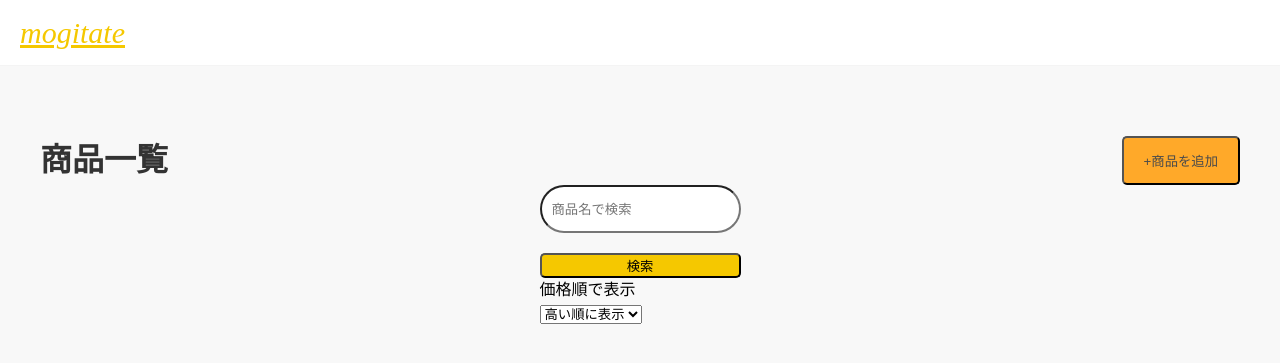
Repository: SuzukiFuminori/test-fruit
Page: http://localhost/products
An editor plug-in stored every save of this project. The page is shown before and after a run of saves, followed by the edit.
The browser window is 1280 px wide. The pictures show the whole page.
The page is served by the project's Laravel application, run on PHP 8.4 with Laravel 8. Other server files are loaded and not shown. Queries for data that is not in the repository find no rows.

Above is the page before, as saved 2024-12-30 06:12:50.

### src/routes/web.php
<?php

use Illuminate\Support\Facades\Route;
use App\Http\Controllers\ProductController;

/*
|--------------------------------------------------------------------------
| Web Routes
|--------------------------------------------------------------------------
|
| Here is where you can register web routes for your application. These
| routes are loaded by the RouteServiceProvider within a group which
| contains the "web" middleware group. Now create something great!
|
*/

Route::get('/products', [ProductController::class, 'index']);
Route::get('/products/register', [ProductController::class, 'add']);

### src/app/Http/Controllers/ProductController.php
<?php

namespace App\Http\Controllers;
use App\Models\Product;
use Illuminate\Http\Request;

class ProductController extends Controller
{
    // 商品一覧ページの表示
    public function index()
    {
        $products = Product::all();
        return view('index', ['products' => $products]);
    }

    // 商品登録ページの表示
    public function add()
    {
        return view('add');
    }
}

### src/resources/views/index.blade.php
@extends('layouts.default')

@section('title', '商品一覧')

@section('css')
<link rel="stylesheet" href="{{ asset('css/index.css') }}">
@endsection

@section('content')
  <div class="content">
    <div class="content__inner">
      <div class="content-heading">
        <div class="content-heading__title">
          @yield('title')
        </div>
        <div class="content-heading__button">
          <button class="content-heading__button-submit" type="submit">+商品を追加</button>
        </div>
      </div>
      <div class="content-container">
        <div class="search-wrapper">
          <div class="search__input">
            <input class="search__input--text" type="search" name="name" placeholder="商品名で検索">
          </div>
          <div class="search__button">
            <button class="search__button-submit" >検索</button>
          </div>
          <div class="sort">
            <div class="sort__content">価格順で表示</div>
            <div class="sort__select">
              <select name="select" placeholder="価格で並べ替え">
                <option value="">高い順に表示</option>
                <option value="">低い順に表示</option>
              </select>
            </div>
          </div>
        </div>
      </div>
    </div>
  </div>
@endsection

### src/resources/views/layouts/default.blade.php
<!DOCTYPE html>
<html lang="ja">

<head>
  <meta charset="UTF-8">
  <meta name="viewport" content="width=device-width, initial-scale=1.0">
  <title>@yield('title')</title>
  <link rel="stylesheet" href="{{ asset('css/sanitize.css') }}">
  <link rel="stylesheet" href="{{ asset('css/common.css') }}">
  @yield('css')
</head>

<body>
  <header class="header">
    <div class="header__inner">
      <a class="header__logo" href="/">
        mogitate
      </a>
    </div>
  </header>
  <main>
    @yield('content')
  </main>
</body>

</html>

### src/public/css/sanitize.css
/* Document
* ========================================================================== */

/**
* Add border box sizing in all browsers (opinionated).
*/

*,
::before,
::after {
  box-sizing: border-box;
}

/**
* 1. Add text decoration inheritance in all browsers (opinionated).
* 2. Add vertical alignment inheritance in all browsers (opinionated).
*/

::before,
::after {
  vertical-align: inherit;
  /* 2 */
  text-decoration: inherit;
  /* 1 */
}

/**
* 1. Use the default cursor in all browsers (opinionated).
* 2. Change the line height in all browsers (opinionated).
* 3. Use a 4-space tab width in all browsers (opinionated).
* 4. Remove the grey highlight on links in iOS (opinionated).
* 5. Prevent adjustments of font size after orientation changes in
*    IE on Windows Phone and in iOS.
* 6. Breaks words to prevent overflow in all browsers (opinionated).
*/

html {
  word-break: break-word;
  /* 6 */
  -moz-tab-size: 4;
  /* 3 */
  tab-size: 4;
  /* 3 */
  line-height: 1.5;
  /* 2 */
  cursor: default;
  /* 1 */

  -webkit-tap-highlight-color: transparent
    /* 4 */
  ;
  -ms-text-size-adjust: 100%;
  /* 5 */
  -webkit-text-size-adjust: 100%;
  /* 5 */
}

/* Sections
* ========================================================================== */

/**
* Remove the margin in all browsers (opinionated).
*/

body {
  margin: 0;
}

/**
* Correct the font size and margin on `h1` elements within `section` and
* `article` contexts in Chrome, Edge, Firefox, and Safari.
*/

h1 {
  margin: 0.67em 0;
  font-size: 2em;
}

/* Grouping content
* ========================================================================== */

/**
* Remove the margin on nested lists in Chrome, Edge, IE, and Safari.
*/

dl dl,
dl ol,
dl ul,
ol dl,
ul dl {
  margin: 0;
}

/**
* Remove the margin on nested lists in Edge 18- and IE.
*/

ol ol,
ol ul,
ul ol,
ul ul {
  margin: 0;
}

/**
* 1. Add the correct sizing in Firefox.
* 2. Show the overflow in Edge 18- and IE.
*/

hr {
  overflow: visible;
  /* 2 */
  height: 0;
  /* 1 */
}

/**
* Add the correct display in IE.
*/

main {
  display: block;
}

/**
* Remove the list style on navigation lists in all browsers (opinionated).
*/

nav ol,
nav ul {
  padding: 0;
  list-style: none;
}

/**
* 1. Correct the inheritance and scaling of font size in all browsers.
* 2. Correct the odd `em` font sizing in all browsers.
*/

pre {
  font-size: 1em;
  /* 2 */
  font-family: monospace, monospace;
  /* 1 */
}

/* Text-level semantics
* ========================================================================== */

/**
* Remove the gray background on active links in IE 10.
*/

a {
  background-color: transparent;
}

/**
* Add the correct text decoration in Edge 18-, IE, and Safari.
*/

abbr[title] {
  text-decoration: underline;
  text-decoration: underline dotted;
}

/**
* Add the correct font weight in Chrome, Edge, and Safari.
*/

b,
strong {
  font-weight: bolder;
}

/**
* 1. Correct the inheritance and scaling of font size in all browsers.
* 2. Correct the odd `em` font sizing in all browsers.
*/

code,
kbd,
samp {
  font-size: 1em;
  /* 2 */
  font-family: monospace, monospace;
  /* 1 */
}

/**
* Add the correct font size in all browsers.
*/

small {
  font-size: 80%;
}

/* Embedded content
* ========================================================================== */

/*
* Change the alignment on media elements in all browsers (opinionated).
*/

audio,
canvas,
iframe,
img,
svg,
video {
  vertical-align: middle;
}

/**
* Add the correct display in IE 9-.
*/

audio,
video {
  display: inline-block;
}

/**
* Add the correct display in iOS 4-7.
*/

audio:not([controls]) {
  display: none;
  height: 0;
}

/**
* Remove the border on iframes in all browsers (opinionated).
*/

iframe {
  border-style: none;
}

/**
* Remove the border on images within links in IE 10-.
*/

img {
  border-style: none;
}

/**
* Change the fill color to match the text color in all browsers (opinionated).
*/

svg:not([fill]) {
  fill: currentColor;
}

/**
* Hide the overflow in IE.
*/

svg:not(:root) {
  overflow: hidden;
}

/* Tabular data
* ========================================================================== */

/**
* Collapse border spacing in all browsers (opinionated).
*/

table {
  border-collapse: collapse;
}

/* Forms
* ========================================================================== */

/**
* Remove the margin on controls in Safari.
*/

button,
input,
select {
  margin: 0;
}

/**
* 1. Show the overflow in IE.
* 2. Remove the inheritance of text transform in Edge 18-, Firefox, and IE.
*/

button {
  overflow: visible;
  /* 1 */
  text-transform: none;
  /* 2 */
}

/**
* Correct the inability to style buttons in iOS and Safari.
*/

button,
[type="button"],
[type="reset"],
[type="submit"] {
  -webkit-appearance: button;
}

/**
* 1. Change the inconsistent appearance in all browsers (opinionated).
* 2. Correct the padding in Firefox.
*/

fieldset {
  padding: 0.35em 0.75em 0.625em;
  /* 2 */
  border: 1px solid #a0a0a0;
  /* 1 */
}

/**
* Show the overflow in Edge 18- and IE.
*/

input {
  overflow: visible;
}

/**
* 1. Correct the text wrapping in Edge 18- and IE.
* 2. Correct the color inheritance from `fieldset` elements in IE.
*/

legend {
  display: table;
  /* 1 */
  max-width: 100%;
  /* 1 */
  color: inherit;
  /* 2 */
  white-space: normal;
  /* 1 */
}

/**
* 1. Add the correct display in Edge 18- and IE.
* 2. Add the correct vertical alignment in Chrome, Edge, and Firefox.
*/

progress {
  display: inline-block;
  /* 1 */
  vertical-align: baseline;
  /* 2 */
}

/**
* Remove the inheritance of text transform in Firefox.
*/

select {
  text-transform: none;
}

/**
* 1. Remove the margin in Firefox and Safari.
* 2. Remove the default vertical scrollbar in IE.
* 3. Change the resize direction in all browsers (opinionated).
*/

textarea {
  overflow: auto;
  /* 2 */
  margin: 0;
  /* 1 */
  resize: vertical;
  /* 3 */
}

/**
* Remove the padding in IE 10-.
*/

[type="checkbox"],
[type="radio"] {
  padding: 0;
}

/**
* 1. Correct the odd appearance in Chrome, Edge, and Safari.
* 2. Correct the outline style in Safari.
*/

[type="search"] {
  outline-offset: -2px;
  /* 2 */

  -webkit-appearance: textfield;
  /* 1 */
}

/**
* Correct the cursor style of increment and decrement buttons in Safari.
*/

::-webkit-inner-spin-button,
::-webkit-outer-spin-button {
  height: auto;
}

/**
* Correct the text style of placeholders in Chrome, Edge, and Safari.
*/

::-webkit-input-placeholder {
  color: inherit;
  opacity: 0.54;
}

/**
* Remove the inner padding in Chrome, Edge, and Safari on macOS.
*/

::-webkit-search-decoration {
  -webkit-appearance: none;
}

/**
* 1. Correct the inability to style upload buttons in iOS and Safari.
* 2. Change font properties to `inherit` in Safari.
*/

::-webkit-file-upload-button {
  font: inherit;
  /* 2 */

  -webkit-appearance: button;
  /* 1 */
}

/**
* Remove the inner border and padding of focus outlines in Firefox.
*/

::-moz-focus-inner {
  padding: 0;
  border-style: none;
}

/**
* Restore the focus outline styles unset by the previous rule in Firefox.
*/

:-moz-focusring {
  outline: 1px dotted ButtonText;
}

/**
* Remove the additional :invalid styles in Firefox.
*/

:-moz-ui-invalid {
  box-shadow: none;
}

/* Interactive
* ========================================================================== */

/*
* Add the correct display in Edge 18- and IE.
*/

details {
  display: block;
}

/*
* Add the correct styles in Edge 18-, IE, and Safari.
*/

dialog {
  position: absolute;
  right: 0;
  left: 0;
  display: block;
  margin: auto;
  padding: 1em;
  width: -moz-fit-content;
  width: -webkit-fit-content;
  width: fit-content;
  height: -moz-fit-content;
  height: -webkit-fit-content;
  height: fit-content;
  border: solid;
  background-color: white;
  color: black;
}

dialog:not([open]) {
  display: none;
}

/*
* Add the correct display in all browsers.
*/

summary {
  display: list-item;
}

/* Scripting
* ========================================================================== */

/**
* Add the correct display in IE 9-.
*/

canvas {
  display: inline-block;
}

/**
* Add the correct display in IE.
*/

template {
  display: none;
}

/* User interaction
* ========================================================================== */

/*
* 1. Remove the tapping delay in IE 10.
* 2. Remove the tapping delay on clickable elements
in all browsers (opinionated).
*/

a,
area,
button,
input,
label,
select,
summary,
textarea,
[tabindex] {
  -ms-touch-action: manipulation;
  /* 1 */
  touch-action: manipulation;
  /* 2 */
}

/**
* Add the correct display in IE 10-.
*/

[hidden] {
  display: none;
}

/* Accessibility
* ========================================================================== */

/**
* Change the cursor on busy elements in all browsers (opinionated).
*/

[aria-busy="true"] {
  cursor: progress;
}

/*
* Change the cursor on control elements in all browsers (opinionated).
*/

[aria-controls] {
  cursor: pointer;
}

/*
* Change the cursor on disabled, not-editable, or otherwise
* inoperable elements in all browsers (opinionated).
*/

[aria-disabled="true"],
[disabled] {
  cursor: not-allowed;
}

/*
* Change the display on visually hidden accessible elements
* in all browsers (opinionated).
*/

[aria-hidden="false"][hidden] {
  display: initial;
}

[aria-hidden="false"][hidden]:not(:focus) {
  position: absolute;
  clip: rect(0, 0, 0, 0);
}

### src/public/css/common.css
.header {
  background: white;
}

.header__inner {
  margin: 0 auto;
  padding: 10px 20px;
  border-bottom: solid 1px #f4f4f4;
}

.header__logo {
  font-family: jsMath-cmti10;
  font-size: 30px;
  color: #F5C800;
  font-weight: 500;
  font-style: italic;
}

### src/public/css/index.css
.content {
  background: #f8f8f8;
}

.content__inner {
  margin: 0 auto;
  padding: 70px 0;
}

.content-heading {
  display: flex;
  justify-content: space-between;
  margin: 0 auto;
  padding: 0 40px 0;
}

.content-heading__title {
  font-family: "Hiragino Kaku Gothic Pro";
  font-size: 32px;
  color: #333333;
  font-weight: 600;
}

.content-heading__button-submit {
  padding: 13px 20px;
  background:#ffa929;
  color: #4B4B4B;
  border-radius: 5px;
}

.content-container {
  display: flex;
  justify-content: center;
  padding: 0 40px 0;
}

.search {
  border-bottom: solid 1px;
}

.search__input {
  padding-bottom: 20px;
}

.search__input--text {
  padding: 14.5px 10px;
  border-radius: 25px;
  background: #FFFFFF;
  border:
}

.search__button-submit {
  width: 100%;
  padding: 10px auto;
  background: #F5C800;
  border-radius: 5px;
}

Loaded but not shown: src/app/Http/Controllers/Controller.php (common file); src/app/Models/Product.php (common file)

After the next 2 saves:
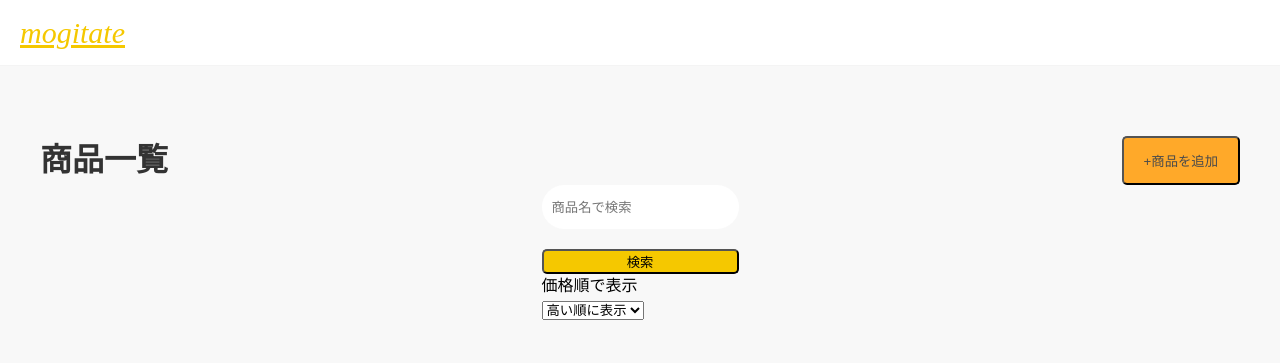
The 2 saves are shown as one change because they came seconds apart.
The last was saved 11 s later.
--- a/src/public/css/index.css
+++ b/src/public/css/index.css
@@ -46,7 +46,7 @@
   padding: 14.5px 10px;
   border-radius: 25px;
   background: #FFFFFF;
-  border:
+  border: 1px
 }
 
 .search__button-submit {

After the save that followed:
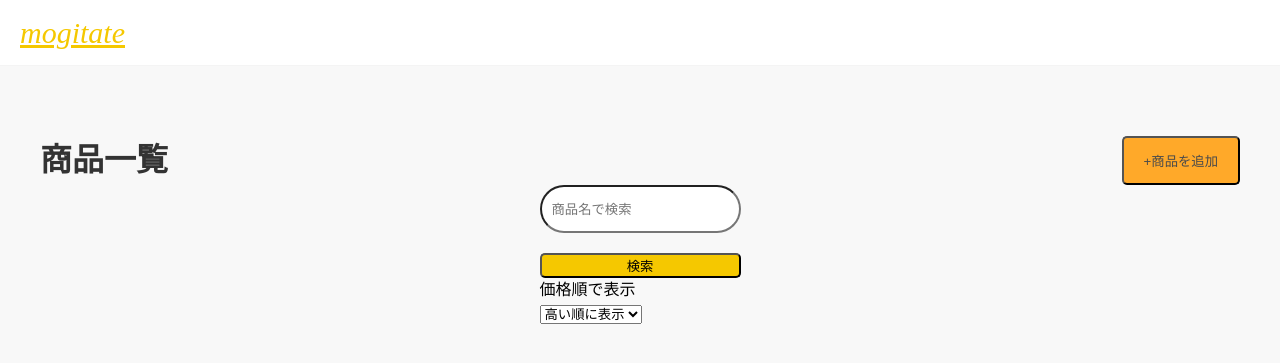
Saved 5 s later.
--- a/src/public/css/index.css
+++ b/src/public/css/index.css
@@ -46,7 +46,7 @@
   padding: 14.5px 10px;
   border-radius: 25px;
   background: #FFFFFF;
-  border: 1px
+  border: 1px #E
 }
 
 .search__button-submit {
